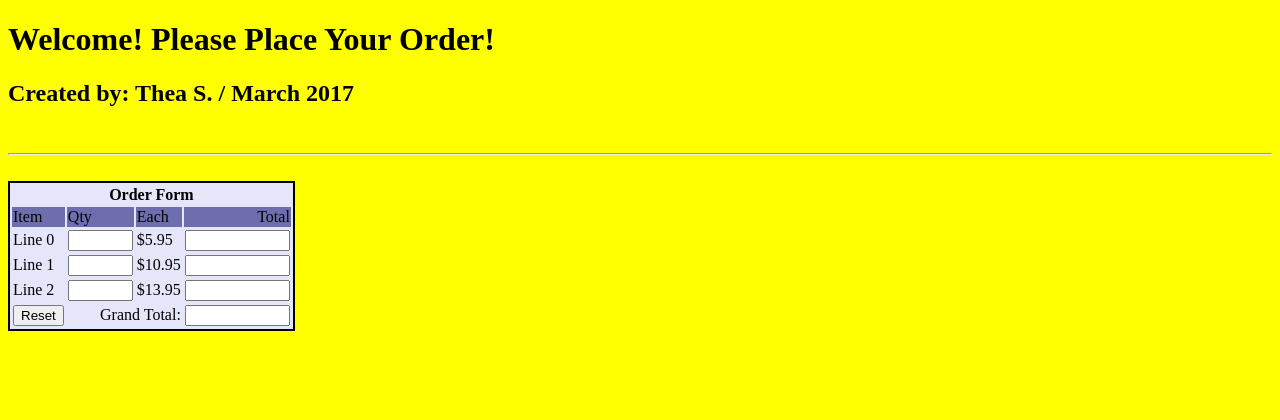
Repository: m-rabbit/b1_sukianto_code
Page: websites/MyOrderForm/index.html
These files come from the project's save history. The page is drawn as it stood at one moment and after the next save; the edit follows.
The browser window is 1280 px wide. The pictures show the whole page.

Above is the page before, as saved 2017-03-06 15:34:02.

After the next save:
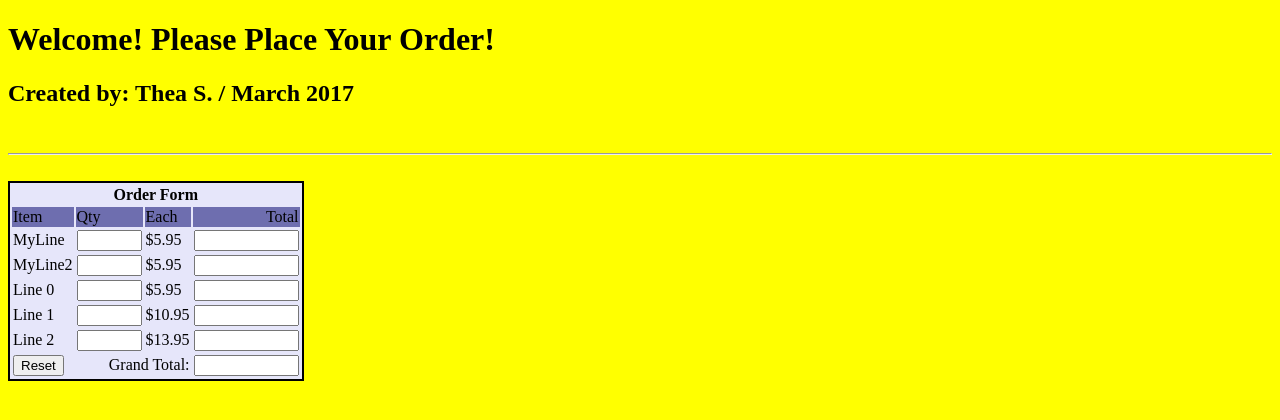
Saved 6 min 34 s later.
--- a/websites/MyOrderForm/index.html
+++ b/websites/MyOrderForm/index.html
@@ -33,6 +33,18 @@
 						<td>Item</td><td>Qty</td><td>Each</td><td align="right">Total</td>
 					</tr>
 					<tr>
+						<td>MyLine</td>
+						<td><input name="line" type="text" size="5" value="" onkeyup="count(this.form,0,5.95)"></td>
+						<td>$5.95</td>
+						<td align="right"><input name="line_sum" type="text" size="10" readonly></td>
+					</tr>
+					<tr>
+						<td>MyLine2</td>
+						<td><input name="line" type="text" size="5" value="" onkeyup="count(this.form,0,5.95)"></td>
+						<td>$5.95</td>
+						<td align="right"><input name="line_sum" type="text" size="10" readonly></td>
+					</tr>
+					<tr>
 						<td>Line 0</td>
 						<td><input name="line" type="text" size="5" value="" onkeyup="count(this.form,0,5.95)"></td>
 						<td>$5.95</td>
